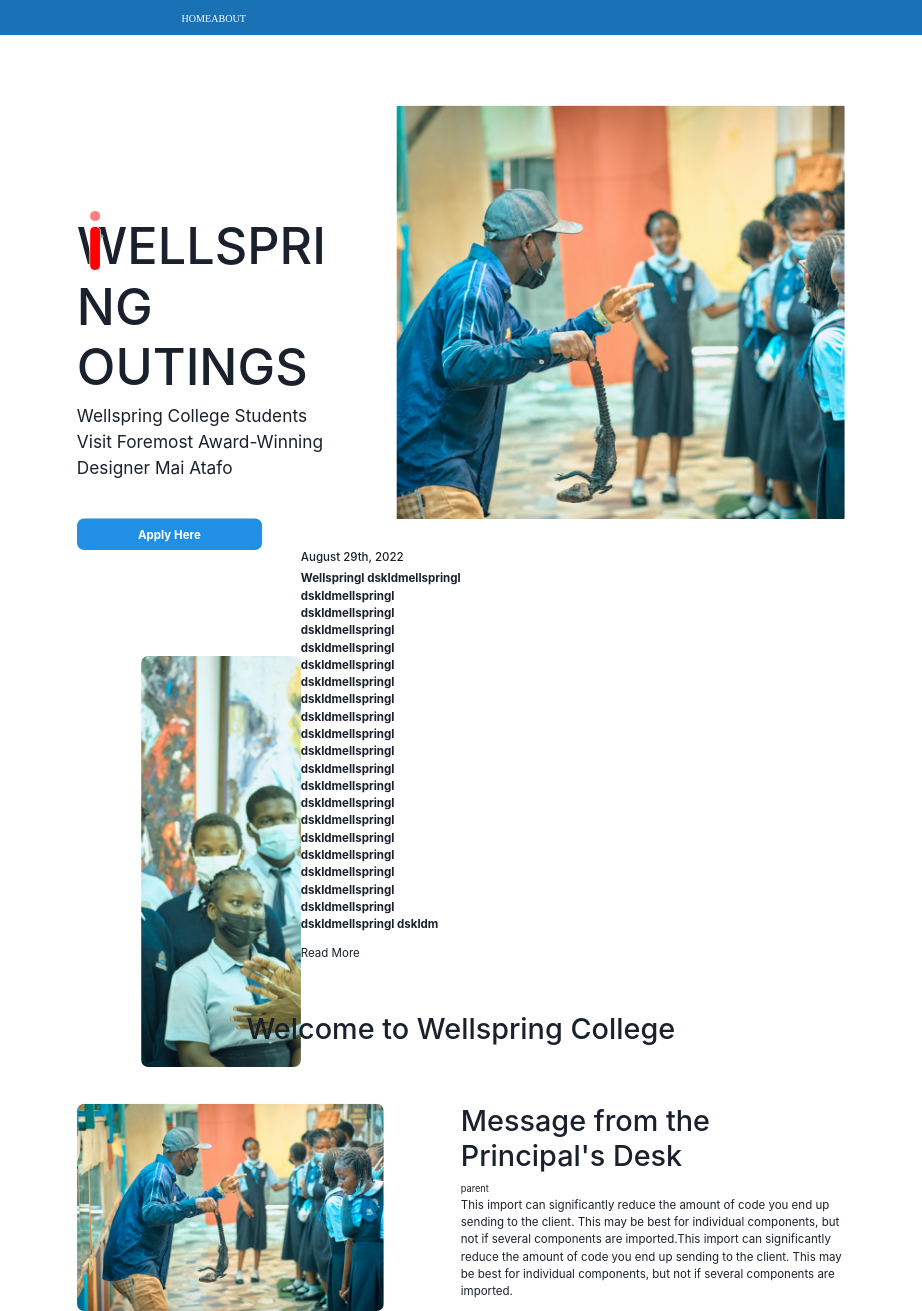
Repository: gr8skills/wellspring-school-forked
Page: /
These files come from the project's save history. The page is drawn as it stood at one moment and after the next save; the edit follows.
The browser window is 1280 px wide. The pictures show the whole page, at 72% of full size.
The project was rebuilt for these pictures with package versions that can differ from the ones it lists, and the page was loaded fresh each time. Also part of the build but not shown: src/components/Navbar/Dropdown.scss, src/components/Navbar/Dropdown.js, src/components/Calendar/Calendar.js.

Above is the page before, as saved 2022-12-01 18:09:20.

### src/index.css
body {
  /* margin: 0;
  font-family: -apple-system, BlinkMacSystemFont, 'Segoe UI', 'Roboto', 'Oxygen',
    'Ubuntu', 'Cantarell', 'Fira Sans', 'Droid Sans', 'Helvetica Neue',
    sans-serif;
  -webkit-font-smoothing: antialiased;
  -moz-osx-font-smoothing: grayscale; */
}

/* code {
  font-family: source-code-pro, Menlo, Monaco, Consolas, 'Courier New',
    monospace;
} */

### src/App.js
import logo from './logo.svg';
import './App.css';
import { BrowserRouter, Routes, Route, Link, Outlet } from "react-router-dom";
import "bootstrap/dist/css/bootstrap.min.css";

import NavBar from './components/Navbar/Navbar';
import { Home } from './pages/Home/Home';

function App() {
  return (


    <BrowserRouter>
      <NavBar />

      <Routes>
        <Route path="/" element={<Home />} />
        {/* <Route path="users" element={<Users />}>
          <Route path="me" element={<OwnUserProfile />} />
          <Route path=":id" element={<UserProfile />} />
        </Route> */}
      </Routes>
    </BrowserRouter>
  );
}

export default App;

### src/App.css
body{
}

.App {
  text-align: center;
    background-color:black;

}

.App-logo {
  height: 40vmin;
  pointer-events: none;
}

@media (prefers-reduced-motion: no-preference) {
  .App-logo {
    animation: App-logo-spin infinite 20s linear;
  }
}


@keyframes App-logo-spin {
  from {
    transform: rotate(0deg);
  }
  to {
    transform: rotate(360deg);
  }
}

### src/pages/Home/Home.js

import Carousel from "react-bootstrap/Carousel";
import Slider1 from "../../assets/slider1.png";
import Slider2 from "../../assets/slider2.png";
import { Sliders } from "../../components/Sliders/Sliders";
import { Button, ButtonGroup } from "@chakra-ui/react";

import "./_home.scss";
import { AppButton } from "../../components/AppButton/AppButton";
import { Calendar } from "../../components/Calendar/Calendar";
import { News } from "../../components/News/News";
export const Home =()=>{
    return (
      <>
        <div className="home-page-trans col-md-12 flexy">
          <div className="col-md-1">&nbsp;</div>
          <div className="col-md-10">
            {" "}
            <Carousel fade>
              <Carousel.Item>
                <div className="col-md-12 flexy">
                  <div className="col-md-4 slider-label">
                    <h1>Beyond the Classroom</h1>
                    <p>
                      Wellspring College Students Visit Foremost Award-Winning
                      Designer Mai Atafo
                    </p>
                  </div>
                  <div className="col-md-1">&nbsp;</div>
                  <div className="col-md-7">
                    <img
                      className="col-md-12 imgCaro"
                      src={Slider1}
                      alt="Scholar"
                    />
                  </div>
                </div>
              </Carousel.Item>

              <Carousel.Item>
                <div className="col-md-12 flexy">
                  <div className="col-md-4 slider-label">
                    <h1>WELLSPRING OUTINGS</h1>
                    <p>
                      Wellspring College Students Visit Foremost Award-Winning
                      Designer Mai Atafo
                    </p>
                  </div>
                  <div className="col-md-1">&nbsp;</div>

                  <div className="col-md-7">
                    <img
                      className="col-md-12 imgCaro"
                      src={Slider2}
                      alt="Scholar"
                    />
                  </div>
                </div>
              </Carousel.Item>
            </Carousel>
            <AppButton text="Apply Here" />
            {/* <Calendar month="Nov" day="10" year="2022" event="Open Day" time="10:00am-3:00pm"/> */}
            <News />
          </div>
        </div>
        <div className="col-md-12 welcome-message-title">
          <Sliders
            header="Welcome to Wellspring College"
            message="This import can significantly reduce the amount of code you end up sending to the client. This may be best for individual components, but not if several components are imported.This import can significantly reduce the amount of code you end up sending to the client. This may be best for individual components, but not if several components are imported."
            sliderImg={Slider2}
            title="Message from the Principal's Desk"
            speaker="parent"
          />
        </div>
      </>
    );
}

### src/components/Navbar/MenuItems.js
export const navMenus = {
    about: [
        // {title: 'About ' + process.env.REACT_APP_SITE_NAME, path: '/about', cName: 'dropdown-link'},
        // {title: 'Administrator’s Message', path: '/about/administrators-message', cName: 'dropdown-link'},
        // {title: 'Proprietor’s Message', path: '/about/proprietors-message', cName: 'dropdown-link'},
        // {title: 'History of the School', path: '/about/history', cName: 'dropdown-link'},
        // {title: 'Contact Us', path: '/about/contact-us', cName: 'dropdown-link'},
    ]
}

export default navMenus;

### src/components/Navbar/NavBar.module.css


.navCont{
    position: relative;
    /* display: flex; */
    width:25%;
    /* justify-content: space-between; */
    /* margin: 0 auto; */
    /* max-height: 5rem; */
    padding-left:220px;

}

.nav-links{
    font-size:10px !important;
}


.imgCont{
    position: relative;
}

/* .imgContent{
    position: absolute;
    z-index: 1;
    height: 6vw;

} */

/* .btnPortal{
    background-color: #4CA14900;
    color: #fff;
    height: 2.5rem;
    width: 7rem;
    font-size: 18px;
    border-radius: 5px;
    position: relative;
    outline: 0;
    border: 0;
    transition: 1.5s scale linear;
} */

/* .btnPortal:focus{
    outline: 0;
    border: 0;
} */

/* .btnPortal:hover{
    transform: scale(1.02);
    background-color: #4CA149CF;
} */

/* .fIcon{
    width: 30px;
    height: 30px;
    padding: 5px 5px;
    transform: translate(-6px, -1px);
} */

/* @media screen and (max-width: 960px) {
    .navCont{
        position: relative;
        display: flex;
        width: 100%;
        justify-content: space-between;
        margin: 0 auto;
        max-height: 5rem;

    }

    .imgContent{
        position: absolute;
        z-index: 1;
        height: 16vw;

    }

}


 */

### src/components/Navbar/_navbar.scss
@import "../../variables";





.navContainer{
    background:$themecolor;
    min-height: 3rem;
    position: fixed;
    z-index: 1;
    right: 0;
    width: 100%;
    top: 0;
}


.nav-list{
    display: flex;
    max-width: 70%;
    width: 70%;
    justify-content: space-between;
    list-style: none;
    color: #fff;
    font-family: monserat;
    transform: translateY(54%);
    margin: 0 !important;
}

.nav-list li{
    line-height: 25px;
    text-align: center;
    margin: 0;
    font-size: 14px;

}

/* .nav-list li a{
    color: #fff;
} */


.nav-item {
    height: auto;
    justify-content: center;
    display: flex;
}

.menu-icon{
    display: none;
}




.nav-links {
    color: #fff;
    display: flex;
    align-items: center;
    text-decoration: none;
    height: 100%;
    transition: all 0.2s ease-out;

}

.nav-links:hover {
    background-color: #fff;
    text-decoration: none;
    // padding:5px;
    color:$themecolor;
}


@media screen and (max-width: 600px) {
    .ph{
        display: none;
    }

@media screen and (max-width: 960px) {
    .nav-list{
        display: none;
    }
}

    .menu-icon{
        display: block;
    }

    .nav-list{
        display: flex;
        flex-direction: column;
        position: absolute;
        height: 42rem;
        width: 100%;
        max-width: 100% !important;
        top: 48px;
        transform: translateY(4%);
        /* z-index: 999; */
        opacity: 1;
        right: -100%;
        transition: all .5s linear;
    background-color: #4CA149;

    }
.mainMenu li a{
    line-height:20px !important;

}
    .nav-list.active{
        transition: all 0.3s ease-out;
        visibility: visible;
        transition: all .5s linear;
        right: 0;
        /* z-index: 1; */
    }

    .nav-list.active li {
        font-size: 4vw;
        position: relative;
        margin: 30px 0;
    }


    .fa-times{
        position: relative;
        float: right;
        width: 100%;
    }

    .fa-times, .fa-bars{
        font-size: 40px;
        color: #feed00;
        transition: all 1.5ms linear;
        transform: translate(-29px, 17px);

    }
.nav-links{
    display:none;
}
}




@media screen and (min-width: 960px) {
    .wrapper{
        display:none;
    }
}



/*for sidenav*/




.ph:hover{
    background-color:rgb(255, 165, 0) !important;
    opacity:1 !important
}
.wrapper{
    position: absolute;
    top: 50%;
    left: 50%;
    transform: translate(-50%, -50%);

}
.mainMenu{
    width: 250px;
    display: block;
    border-radius: 10px;
    overflow: hidden;
}
.mainMenu a{
  font-size:20px !important;
  font-weight:bold !important;
      font-family: monserat;
      /* margin-bottom:-20px; */
}
.item{
    border-top: 1px solid orange;
    overflow: hidden;
margin: top 0;
line-height: 20px !important;
}
.btn{
    display: block;
    padding: 15px 20px;
    color: #fff;
    position: relative;
    padding-left:5px !important;
    /* text-align:left !important; */

}
.btn:before{
    content: '';
    position: absolute;
    width: 0;
    height: 0;
    border-left: 8px solid transparent;
    border-right:8px solid transparent;
    /* border-top:10px solid rgba(0,128,0,0.9); */
    right: 15px;
    bottom: -10px;
    z-index: 9;

}
.btn i {
    margin-right: 7px;
    margin-left: -5px;
    font-size: 13px;
}
.subMenu{
    /* background:#A3DA8D !important; */
      overflow: hidden;
        /* background:rgba(78,161,73, 0.1)!important; */
        background:rgba(178,161,173, 0.1)!important;

    transition: max-height 0.7s;
max-height: 0;
z-index:300000000 !important;
position:relative !important;

}
.subMenu a{
    display: block;
    /* padding: 5px 10px !important; */
    color: #fff !important;
    font-size: 14px !important;
    border-bottom: 1px solid #394c7f;
    position: relative;
    margin-top:5px !important;


}
.subMenu a:before{
    content: '';
    opacity: 0;
    transition: opacity 0.3s;

}
.subMenu a:hover:before{
    content: '';
    position: absolute;
    height: 0;
    width: 6px;
    left: 0;
    top:0;
    opacity: 1;
    /* background-color: #d8d824; */
    border-top: 24px solid transparent;
    border-left: 11px solid #ffffff;
    border-bottom: 24px solid transparent;
}
.subMenu a:after{
    content: '';
    opacity: 0;
    transition: opacity 0.3s;

}
.subMenu a:hover:after{
    content: '';
    position: absolute;
    height: 0;
    width: 6px;
    right: 0px;
    top:0;
    opacity: 1;
    /* background-color: #d8d824; */
    border-top: 24px solid transparent;
    border-right: 11px solid #ffffff;
    border-bottom: 24px solid transparent;
}
.subMenu a:hover{
   background-color:orange;
    transition: all 0.3s;
    border-bottom: 2px solid #394c7f;
}
.subMenu a:last-child{
    border:none;
}
.item:target .subMenu{
    max-height: 300px;
        /* transition: max-height 0.7s !important; */

}

.login{
  background-color:#ED2f59;
  padding:5px 14px 5px 14px !important;
  border-radius:5px;
margin-right:55px;
margin-left:30px;
font-family: 'Poppins', sans-serif;

  }



.portal{
  background-color:rgb(221, 156, 35);
  /* padding:7px; */
  width:120px;
  margin-left:50px;
  border-radius:5px;
 padding:7px !important;
 font-size:5px !important;
 color:white !important;
    /* padding-bottom:6px !important; */
  margin-top:20px !important;
   font-size:11px !important;
      text-decoration: none;

  }

  .portal a{

  }

### src/components/Sliders/Sliders.js
import './_sliders.scss'

export const Sliders=(props)=>{
    return (
      <>
        <div className="col-md-12 slider-header">
          <h1>{props.header}</h1>
        </div>
        <div className="col-md-12 flexy slider-container">
          <div className="col-md-1">&nbsp;</div>
          <div className="col-md-4">
            <img
              className="col-md-12 imgCaro"
              src={props.sliderImg}
              alt="Scholar"
            />
          </div>
          <div className="col-md-1">&nbsp;</div>
          <div className="col-md-5">
            <h1>{props.title}</h1>
            <small>{props.speaker}</small>
            <p>{props.message}</p>
          </div>
        </div>
      </>
    );
}

### src/pages/Home/_home.scss
@import "../../variables";
@import "../../shared-styles";



.home-page-trans{
    img{
            margin-top:147px;
            height:100% !important;

    }
    .slider-label{
        margin-top:300px;
        h1{
                    font-size:70px;

        }
        p{
            font-size:24px;
        }
    }
    .carousel {
    position: relative;
    z-index: 0;

}
.carousel-inner {
    position: relative;
    width: 100%;
    overflow: hidden;
    height: 100vh;
}

.imgCaro{
    width: 100%;
    height: 100%;
    object-fit: cover;
}

.carousel-indicators > button.active {
    opacity: 1;
    max-width: 14px !important;
    max-height:60px  !important;
    min-width: 14px !important;
    min-height:60px  !important;
    background-color: red !important;
    border-color: #fff !important;
    outline: none;
    border: none;
    border-radius: 7px !important;

}

.carousel-indicators button{
    max-width: 14px !important;
    max-height: 14px !important;
    min-width: 14px !important;
    min-height: 14px !important;
    margin: 3px 5px !important;
    border-radius: 7px !important;
    background-color: red!important;
    border: 1px solid #fff !important;
    transition: all .5s linear ;

}

.carousel-indicators button:focus{
        outline:0;
        border-color: #4287BD;
}
.carousel-indicators  {
    position: absolute;
    right: 0;
    bottom: 10px;
    left: 0;
    z-index: 15;
    display: flex;
    flex-direction: column;
    height: 100%;
    justify-content: center;
    padding-left: 0;
    margin-right: 0;
    margin-left: 1vw;
    list-style: none;
    outline: none;
    border: none;
}

.carousel-control-next {
    left: 1vw;
    transform: rotate(-91deg);
    position: absolute;
    margin-top: 15% !important;
    justify-content: right !important;
    height: 10px;
    width: 18px !important;
    font-size: 50px;

}
.carousel-control-prev {
    left: 1.5vw;
    transform: rotate(91deg) !important;
    position: absolute;
    margin-top: 30% !important;
    justify-content: right !important;
    height: 10px;
    font-size: 50px;
    width: 20px !important;
}
// .carousel-control-prev::after{
//     content: url('../../assets/DownArrows.svg');
//     background-color: red;
//     font-size: 54px;
//     z-index: 100;
//     right: 0;
//     width: 20px;
//     height: 80px;
// }
// .carousel-control-next::after{
//     content: url('../../assets/DownArrows.svg');
//     background-color: red !important;
//     font-size: 54px;
//     z-index: 1000000000000000000000000000;
//     position:relative;
//     right: 0;
//     width: 20px;
//     height: 80px;
// }
}

### src/components/AppButton/AppButton.js
import { Button, ButtonGroup } from "@chakra-ui/react";
import "./_app-button.scss";
export const AppButton =(props)=>{
    return (
      <button className="app-button">
        {props.text}
      </button>
    );
}

### src/components/News/News.js
import "./_news.scss";
import Slider1 from "../../assets/slider1.png";
import { Link, NavLink } from "react-router-dom";

export const News=()=>{
return (
  <>
    <div className="col-md-6 flexy news-container">
      <div className="col-md-2">&nbsp;</div>
      <div className="col-md-10 flexy">
        <div className="col-md-6">
          {" "}
          <img className="col-md-12 imgCaro" src={Slider1} alt="Scholar" />
        </div>
        <div className="col-md-6">
          <h6>August 29th, 2022</h6>
          <p>
            <strong>Wellspringl dskldmellspringl dskldmellspringl dskldmellspringl dskldmellspringl dskldmellspringl dskldmellspringl dskldmellspringl dskldmellspringl dskldmellspringl dskldmellspringl dskldmellspringl dskldmellspringl dskldmellspringl dskldmellspringl dskldmellspringl dskldmellspringl dskldmellspringl dskldmellspringl dskldmellspringl dskldmellspringl dskldmellspringl dskldm</strong>
          </p>
          <Link to="#">Read More</Link>
        </div>
      </div>
    </div>
  </>
);
}

### src/_variables.scss
$themecolor:#1972B6;
$themecolor2:rgb(32,143,228);

### src/components/Sliders/_sliders.scss
@import "../../variables";
@import "../../shared-styles";


.slider-header{
    text-align: center;
    margin-top:70px;
    margin-bottom:80px;
    font-size:50px;
}
.slider-container{
    img{
         position: relative;
    width: 100%;
    overflow: hidden;
    height: 40vh;
    border-radius:10px;;
            object-fit: cover;

    }
}

### src/_shared-styles.scss
@media screen and (max-width:620px){
    .flexyM{
        display:flex;
    }
}@media screen and (min-width:620px){
    .flexy{
        display:flex;
    }
}

### src/components/AppButton/_app-button.scss
@import "../../shared-styles";
@import "./overides";
@import "../../variables";

.app-button{
    background-color:$themecolor2;
    color:white;
    padding:10px 85px;
    font-weight:bold;
    border-radius:10px;
}

### src/components/Calendar/_calendar.scss
@import "../../shared-styles";
@import "../../variables";



.calendar-container{
    .calendar-box{
background-color:$themecolor2;
height:100px;
width:110px;
border-radius: 10px;
color:#fff;
    text-align: center;
    padding:10px 0;

    }
    p{
        color:grey;
    }
    .calendar-day{
        font-size:35px;
    }
    .calendar-description{
        font-size:25px;
    }
}

### src/components/News/_news.scss
@import "../../shared-styles";
@import "../../variables";
.news-container{
    img{
        width:100%;
        border-radius: 10px;;
    }
}

### src/components/AppButton/_overides.scss
@import "../../variables";



.css-jut409{
    background-color:$themecolor;
    padding:140px !important;
}

Loaded but not shown: public/index.html (common file); src/index.js (common file); src/reportWebVitals.js (common file); src/components/Navbar/Navbar.js (300 lines, source omitted)

After the next save:
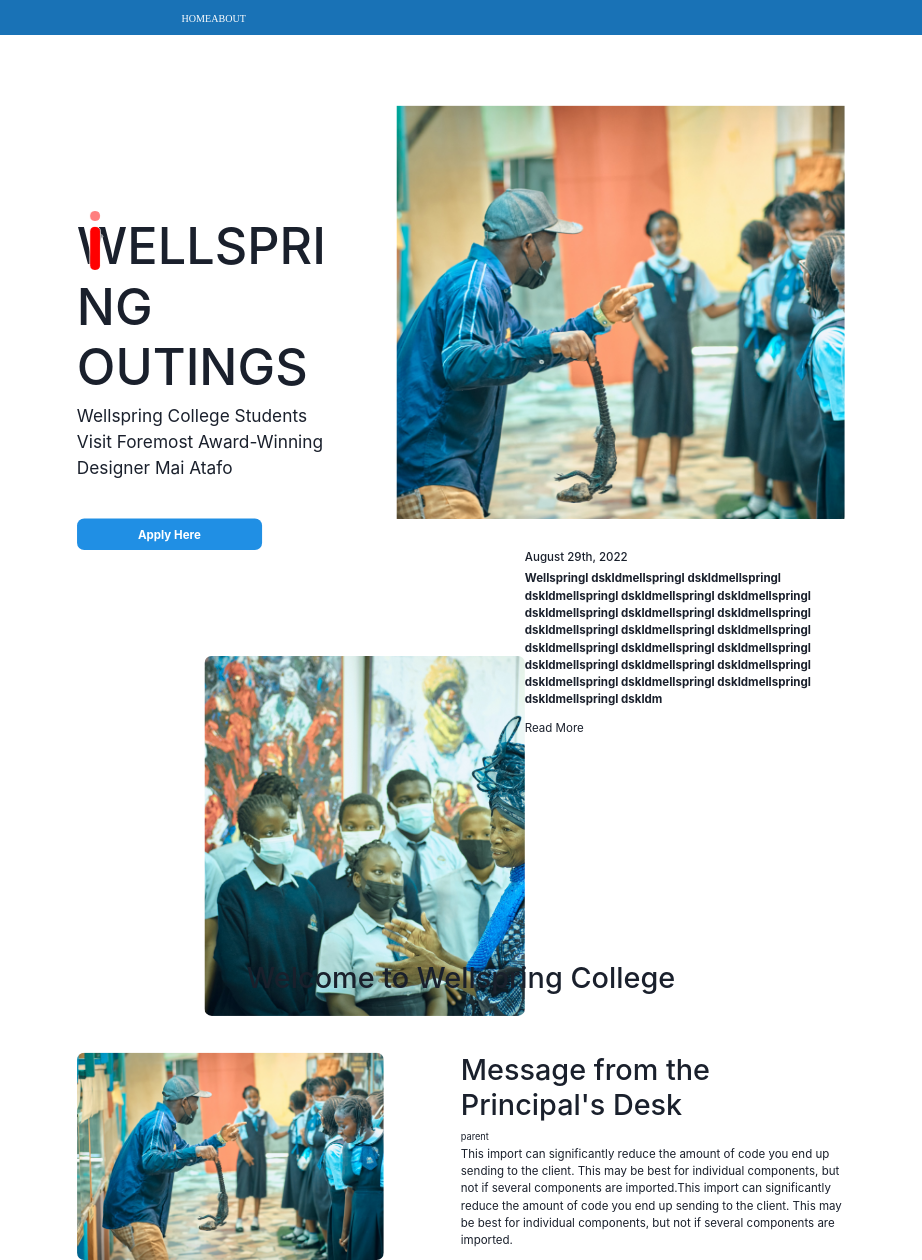
Saved 73 s later.
--- a/src/components/News/News.js
+++ b/src/components/News/News.js
@@ -5,7 +5,7 @@
 export const News=()=>{
 return (
   <>
-    <div className="col-md-6 flexy news-container">
+    <div className="col-md-12 flexy news-container">
       <div className="col-md-2">&nbsp;</div>
       <div className="col-md-10 flexy">
         <div className="col-md-6">
